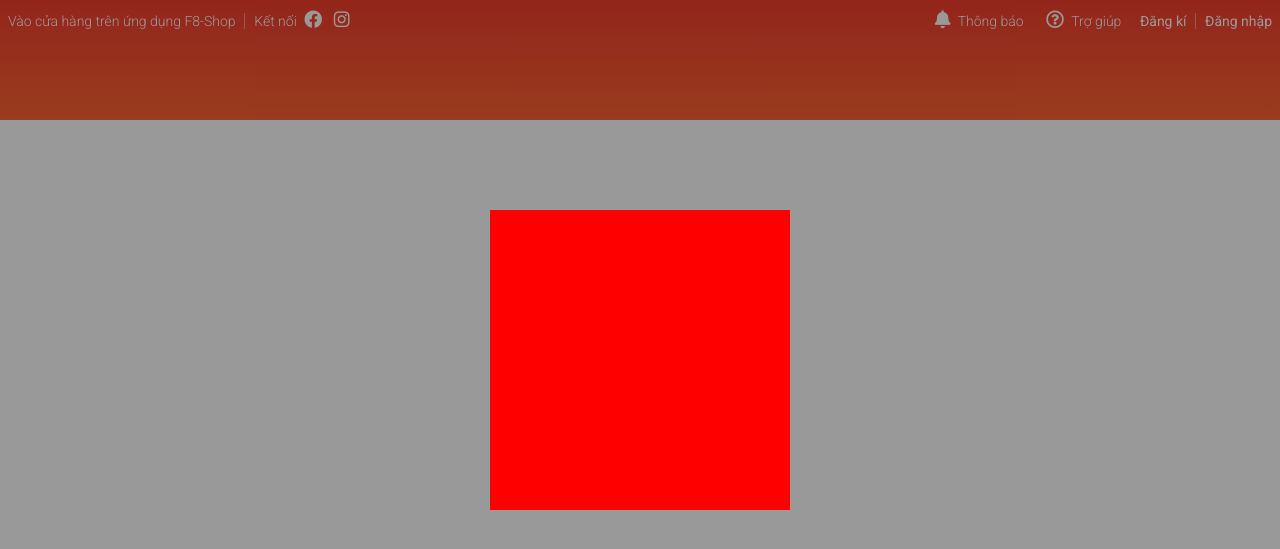
Repository: phunobi1807/shopee
Page: index.html
The author's editor kept a copy of each file at every save. The page is drawn from the files as they stood at one save, then again after the next save.
The browser window is 1280 px wide. The pictures show the whole page.

Above is the page before, as saved 2021-06-13 13:43:25.

### index.html
<!DOCTYPE html>
<html lang="en">

<head>
    <meta charset="UTF-8">
    <meta http-equiv="X-UA-Compatible" content="IE=edge">
    <meta name="viewport" content="width=device-width, initial-scale=1.0">
    <title>Document</title>
    <link rel="stylesheet" href="https://cdnjs.cloudflare.com/ajax/libs/normalize/8.0.1/normalize.min.css">
    <link rel="stylesheet" href="./assets/css/base.css">
    <link rel="stylesheet" href="./assets/css/main.css">
    <link rel="stylesheet"
        href="./assets/fonts/fontawesome-free-5.15.3-web/fontawesome-free-5.15.3-web/css/all.min.css">
    <link rel="preconnect" href="https://fonts.gstatic.com">
    <link href="https://fonts.googleapis.com/css2?family=Roboto:wght@300;400;500&display=swap" rel="stylesheet">
</head>

<body>
    <div class="app">
        <header class="header">
            <div class="grid">
                <nav class="header__navbar">
                    <ul class="header__navbar-list">
                        <li class="header__navbar-item header__navbar-item--has-qr header__navbar-item--separate">
                            Vào cửa hàng trên ứng dụng F8-Shop
                            <div class="header__qr">
                                <img src="./assets/img/QR_code.png" alt="QR code" class="header__qr-img">
                                <div class="header__qr-apps">
                                    <a href="" class="header__qr-link">
                                        <img src="./assets/img/app_store.png" alt="Google Play"
                                            class="header__qr-download-img">
                                    </a>
                                    <a href="" class="header__qr-link">
                                        <img src="./assets/img/gg_play.png" alt="App Store"
                                            class="header__qr-download-img">
                                    </a>
                                </div>
                            </div>
                        </li>
                        <li class="header__navbar-item">
                            <span class="header__navbar-title--no-pointer">Kết nối</span>
                            <a href="" class="header__navbar-icon-link">
                                <i class="header__navbar-icon fab fa-facebook"></i>
                            </a>
                            <a href="" class="header__navbar-icon-link">
                                <i class="header__navbar-icon fab fa-instagram"></i>
                            </a>
                        </li>
                    </ul>
                    <ul class="header__navbar-list">
                        <li class="header__navbar-item header__navbar-item--has-notify">
                            <a href="" class="header__navbar-item-link">
                                <i class="header__navbar-icon fas fa-bell"></i>
                                Thông báo
                            </a>
                            <div class="header__notify">
                                <header class="header__notify-header">
                                    <h3>Thông báo mới nhận</h3>
                                </header>
                                <ul class="header__notify-list">
                                    <li class="header__notify-item header__notify-item-viewed">
                                        <a href="" class="header__notify-link">
                                            <img src="https://cf.shopee.vn/file/5fbf9049e4439e01d27d8f14388c46f8_tn" alt="" class="header__notify-img">
                                            <div class="header__notify-info">
                                                <span class="header__notify-name">Mỹ phẩm Ohui chính hãng</span>
                                                <span class="header__notify-description">Mô tả mỹ phẩm Ohui chính
                                                    hãng</span>
                                            </div>
                                        </a>
                                    </li>
                                    <li class="header__notify-item">
                                        <a href="" class="header__notify-link">
                                            <img src="https://cf.shopee.vn/file/5fbf9049e4439e01d27d8f14388c46f8_tn" alt="" class="header__notify-img">
                                            <div class="header__notify-info">
                                                <span class="header__notify-name">Mỹ phẩm Ohui chính hãng</span>
                                                <span class="header__notify-description">Mô tả mỹ phẩm Ohui chính
                                                    hãng</span>
                                            </div>
                                        </a>
                                    </li>
                                    <li class="header__notify-item ">
                                        <a href="" class="header__notify-link">
                                            <img src="https://cf.shopee.vn/file/5fbf9049e4439e01d27d8f14388c46f8_tn" alt="" class="header__notify-img">
                                            <div class="header__notify-info">
                                                <span class="header__notify-name">Mỹ phẩm Ohui chính hãng</span>
                                                <span class="header__notify-description">Mô tả mỹ phẩm Ohui chính
                                                    hãng</span>
                                            </div>
                                        </a>
                                    </li>
                                </ul>
                                <footer class="header__notify-footer">
                                    <a href="" class="header__notify-footer-btn">Xem tất cả</a>
                                </footer>
                            </div>
                        </li>
                        <li class="header__navbar-item">
                            <a href="" class="header__navbar-item-link">
                                <i class="header__navbar-icon far fa-question-circle"></i>
                                Trợ giúp
                            </a>
                        </li>
                        <li class="header__navbar-item header__navbar-item--strong header__navbar-item--separate">Đăng
                            kí</li>
                        <li class="header__navbar-item header__navbar-item--strong">Đăng nhập</li>
                    </ul>
                </nav>
            </div>
        </header>
        <div class="container">

        </div>
        <footer class="footer">

        </footer>
    </div>
<!-- Modal layout  -->
    <div class="modal">
        <div class="modal__overlay"></div>
        <div class="modal__body">
            <div class="modal__inner">

            </div>
        </div>
    </div>
</body>

</html>

### assets/css/base.css
:root
{
    --primary-color:#ee4d2d;
    --white-color: #fff;
    --black-color: #000;
    --text-color: #333;
}

*
{
    box-sizing: inherit;
}

html
{
    /* 10px */
    font-size: 62.5%;
    line-height: 1.6rem;
    font-family: 'Roboto', sans-serif;
    box-sizing: border-box;
}

.grid
{
    width: 1850px;
    max-width: 100%;
    margin: 0 auto;
}

.grid__full-width
{
    width: 100%;
}

.grid__row
{
    display: flex;
    flex-wrap: wrap;
}
/* Animation */
@keyframes fadeIn
{
    from
    {
        opacity: 0;
    }
    to
    {
        opacity: 1;
    }
}

/* Modal  */
.modal
{
    position: fixed;
    top: 0;
    right: 0;
    bottom: 0;
    left: 0;
    display: flex;
}
.modal__overlay
{
    position: absolute;
    width: 100%;
    height: 100%;
    background-color: rgba(0, 0, 0, 0.4);
}
.modal__body
{
    width: 300px;
    height: 300px;
    background-color: red;
    margin: auto;
    position: relative;
    z-index: 1;
}

### assets/css/main.css
.header
{
    height: 120px;
    background-image: linear-gradient(0, #fe6433, #f53e2d);
}
.header__navbar
{
    display: flex;
    justify-content: space-between;
}
.header__navbar-list
{
    list-style: none;
    padding-left: 0;
}
.header__navbar-item
{
    position: relative;
    margin: 0px 8px;
    min-height: 26px;
}
.header__navbar-item--has-qr:hover .header__qr
{
    display: block;
}
.header__navbar-item--has-notify:hover .header__notify
{
    display: block;
}
.header__navbar-item,
.header__navbar-item-link
{
    display: inline-block;
    font-size: 1.4rem;
    color: var(--white-color);
    text-decoration: none;
    font-weight: 300;
}
.header__navbar-item:hover,
.header__navbar-icon-link:hover,
.header__navbar-item-link:hover
{
    color: rgba(255, 255, 255, 0.7);
    cursor: pointer;
}
.header__navbar-item--strong
{
    font-weight: 400;
}
.header__navbar-item--separate::after
{
    content: "";
    display: block;
    position: absolute;
    border-left: 1px solid #FB9086;
    height: 16px;
    right: -9px;
    top: 0;

}

.header__navbar-icon-link
{
    color: var(--white-color);
    text-decoration: none;
}
.header__navbar-icon
{
    font-size: 1.8rem;
    margin: 0px 4px;

}
.header__navbar-title--no-pointer
{
    cursor: text;
    color: var(--white-color);
}
/* Header QR code  */
.header__qr
{
    background-color: var(--white-color);
    width: 186px;
    position: absolute;
    left: 0;
    top: 118%;
    padding: 8px;
    border-radius: 2px;
    display: none;
    animation:  fadeIn ease-in 0.3s;

}
.header__qr::before
{
    position: absolute;
    left: 0;
    top: -16px;
    width: 100%;
    height: 20px;
    content: "";
    display: block;

}
.header__qr-img
{
width: 100%;
}
.header__qr-apps
{
    display: flex;
    justify-content: space-between;
}
.header__qr-link:nth-child(1)
{
    margin-left: 11px;
}
.header__qr-link:nth-child(2)
{
    margin-right: 11px;
}
.header__qr-download-img
{
    height: 15px;
}

/* Header notification  */
.header__notify
{
    position: absolute;
    top: 118%;
    right: 0;
    width: 404px;
    border: 1px solid #D3D3D3;
    background-color: var(--white-color);
    cursor: default;
    transform-origin: calc(100% - 20px) top;
    animation: headerNotifyGrowth ease-in 0.25s;
    will-change: opacity, transform;
    display: none;
}
.header__notify::before
{
    content: "";
    border-width: 20px 27px;
    border-style:  solid;
    border-color: transparent transparent var(--white-color) transparent;
    position: absolute;
    right: 4px;
    top: -29px;
}
.header__notify::after
{
    content: "";
    display: block;
    position: absolute;
    top: -16px;
    right: 0;
    width: 90px;
    height: 20px;
}
@keyframes headerNotifyGrowth
{
    from
    {
        opacity: 0;
        transform: scale(0);
    }
    to
    {
        opacity: 1;
        transform: scale(1);
    }
}
.header__notify-header
{
    height: 40px;
    background-color: var(--white-color);
}
.header__notify-header h3
{
    color: #999;
    margin: 0 0 0 12px;
    font-weight: 400;
    font-size: 1.4rem;
    line-height: 40px;
    cursor: text;
}
.header__notify-list
{
    padding-left: 0;
}
.header__notify-item
{
   display: flex;
}
.header__notify-item:hover
{
    background-color: #f7f7f7;
}
.header__notify-item-viewed
{
    background-color: rgba(238, 77, 45, 0.08);
}
.header__notify-link
{
    display: flex;
    width: 100%;
    padding: 12px;
    text-decoration: none;

}
.header__notify-img
{
    width: 48px;
    object-fit: contain;
}
.header__notify-info
{
    margin-left: 12px;
}

.header__notify-name
{
    display: block;
    font-size: 1.4rem;
    color: var(--text-color);
    font-weight: 400;
    line-height: 1.8rem;
}
.header__notify-description
{
display: block;
font-size: 1.2rem;
line-height: 2rem;
color: #756F6E;
margin-top: 4px;
}
.header__notify-footer
{
    display: flex;
}
.header__notify-footer-btn
{
    text-decoration: none;
    color: var(--text-color);
    width: 100%;
    padding: 8px 0px;
    font-size: 1.4rem;
    font-weight: 400;
    text-align: center;
}

Loaded but not shown: assets/fonts/fontawesome-free-5.15.3-web/fontawesome-free-5.15.3-web/css/all.min.css (library)

After the next save:
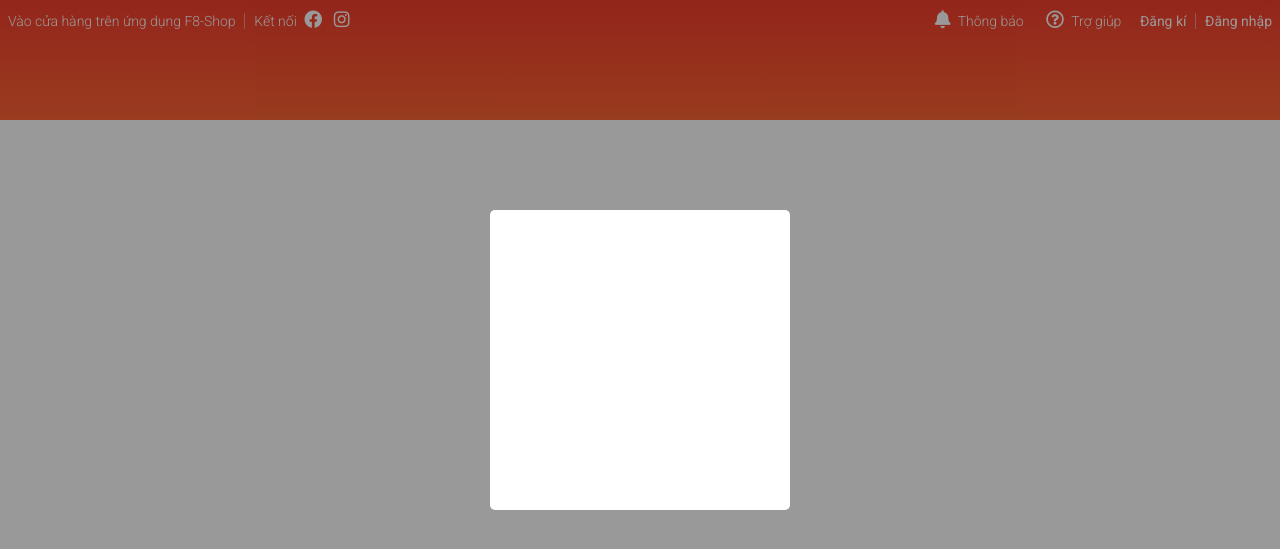
Saved 26 s later.
--- a/assets/css/base.css
+++ b/assets/css/base.css
@@ -71,8 +71,9 @@
 {
     width: 300px;
     height: 300px;
-    background-color: red;
+    background-color: var(--white-color);
     margin: auto;
     position: relative;
     z-index: 1;
+    border-radius: 5px;
 }
